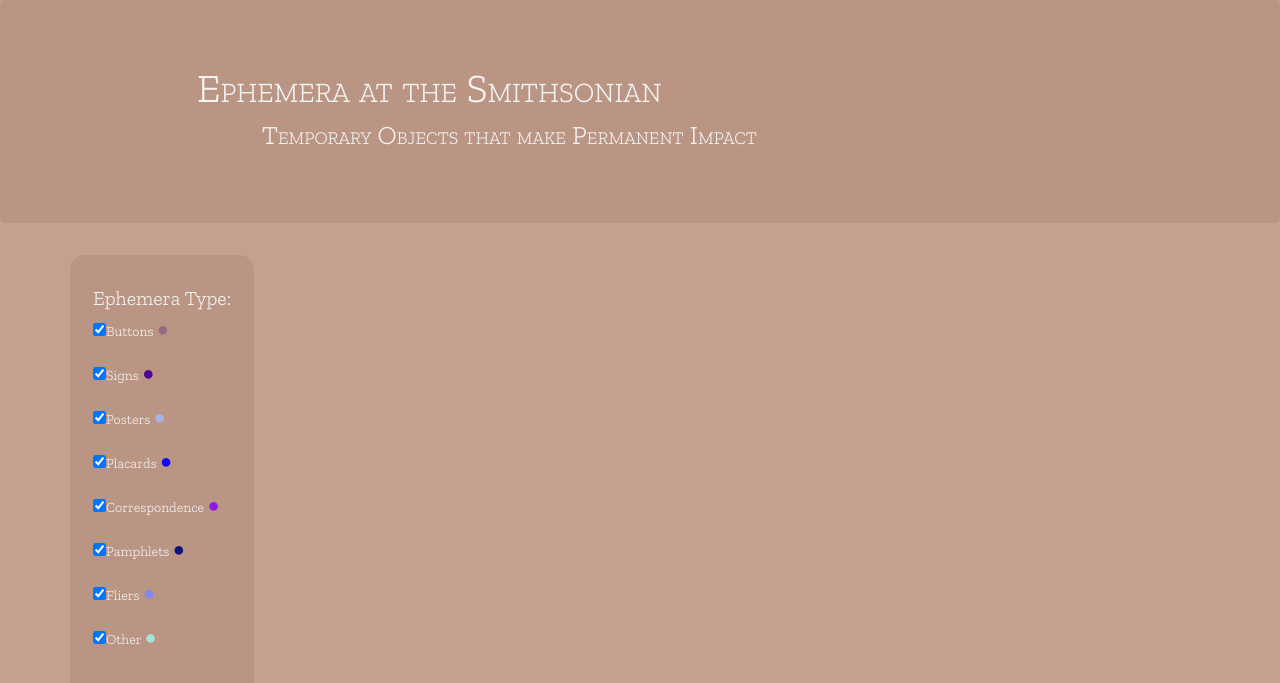
Repository: m0llyc00k/Major-studio-1
Page: Qualitative/examples-beeswarm/index-2.html
The author's editor kept a record of every edit. The page is drawn from the files as they stood at one moment, then again after the next edit.
The browser window is 1280 px wide. The pictures show the whole page.
The page's requests for data from a server got no answer.

Above is the page before.

After the next edit:
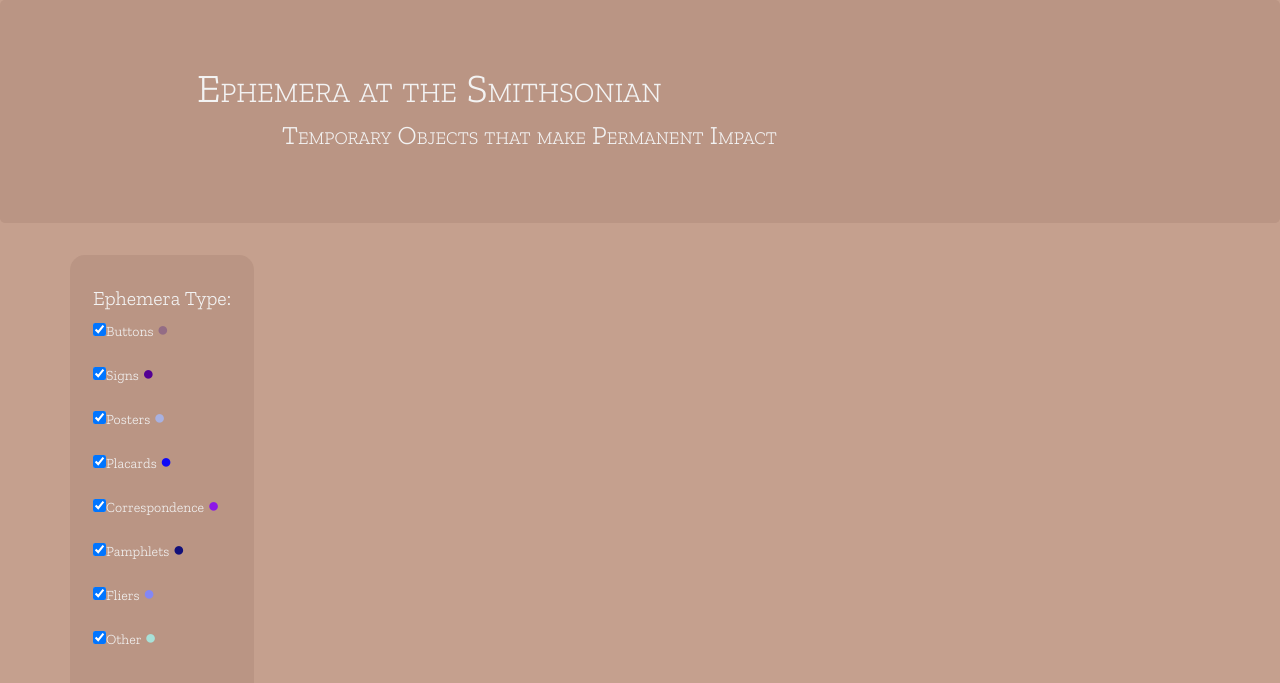
The edit:
--- a/Qualitative/examples-beeswarm/index-2.html
+++ b/Qualitative/examples-beeswarm/index-2.html
@@ -103,7 +103,7 @@
             font-size: 26px;
             text-align: left;
             color: #F3F3F3;
-            padding-left: 230px;
+            padding-left: 250px;
             font-variant: small-caps;
 
         }
